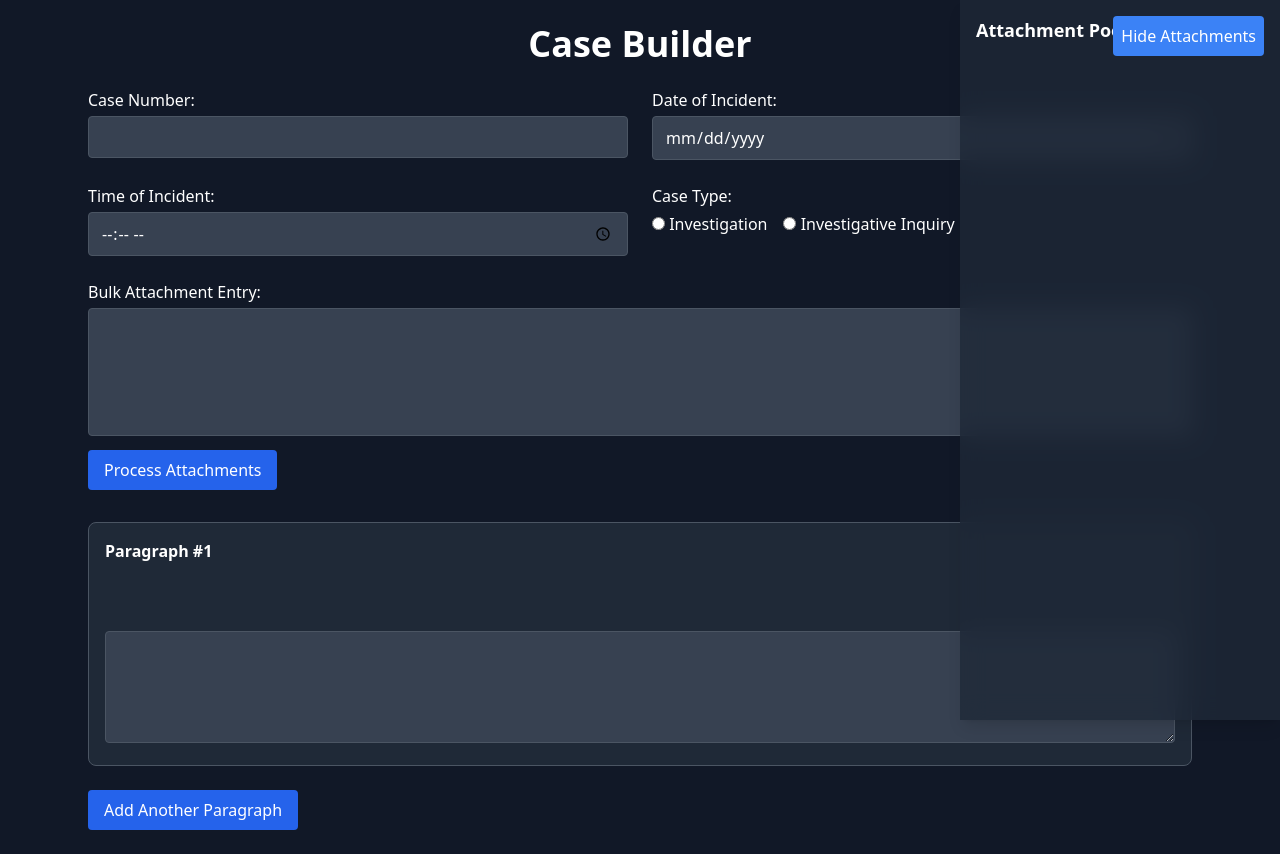
Repository: GettinLudes/CaseBuilder
Page: /
The author's editor kept a copy of each file at every save. The page is drawn from the files as they stood at one save, then again after the next save.
The browser window is 1280 px wide. The pictures show the whole page.
The project was rebuilt for these pictures with package versions that can differ from the ones it lists, and the page was loaded fresh each time. Also part of the build but not shown: svelte.config.js, vite.config.js.

Above is the page before, as saved 2025-04-11 13:41:13.

### index.html
<!DOCTYPE html>
<html lang="en">
	<head>
		<meta charset="UTF-8" />
		<meta name="viewport" content="width=device-width, initial-scale=1.0" />
		<title>Case Report Builder</title>
	</head>
	<body class="bg-gray-900 text-white">
		<div id="app"></div>
		<script type="module" src="/src/main.js"></script>
	</body>
</html>

### src/App.svelte
<script>
	import { onMount, tick } from 'svelte';
	import gsap from 'gsap';
	import Sortable from 'sortablejs';

	let caseNumber = '';
	let incidentDate = '';
	let incidentTime = '';
	let caseType = '';
	let reportableEmail = 'no';
	let bulkAttachmentInput = '';

	let allAttachments = [];
	let paragraphs = [{ content: '', attachments: [], typeOptions: [] }];
	let showDrawer = true;

	function resizeTextarea(e) {
		e.target.style.height = 'auto';
		e.target.style.height = e.target.scrollHeight + 'px';
	}

	function processBulkAttachments() {
		const lines = bulkAttachmentInput.split('\n').map(line => line.trim()).filter(Boolean);
		allAttachments = lines.map((raw, i) => {
			const [type, name, date] = raw.split(',').map(part => part.trim());
			return {
				id: crypto.randomUUID(),
				index: i,
				raw,
				type: type || 'Unknown',
				name: name || 'UNKNOWN',
				date: date || 'UNKNOWN DATE',
				text: raw
			};
		});
		initDragDrop();
	}

	async function addParagraph() {
		paragraphs = [...paragraphs, { content: '', attachments: [], typeOptions: [] }];
		await tick();
		const last = document.querySelectorAll('.paragraph-block');
		const el = last[last.length - 1];
		gsap.fromTo(el, { opacity: 0, y: 50 }, { opacity: 1, y: 0, duration: 0.4 });
	}

	function deleteParagraph(index) {
		if (index === 0) return;
		paragraphs.splice(index, 1);
	}

	function removeAttachment(pIndex, attId) {
		paragraphs[pIndex].attachments = paragraphs[pIndex].attachments.filter(a => a.id !== attId);
	}

	function dropAttachment(index, id) {
		const att = allAttachments.find(a => a.id === id);
		if (!att || index === 0) return;
		paragraphs[index].attachments.push(att);
		triggerDynamicOptions(index, att);
	}

	function triggerDynamicOptions(index, att) {
		if (!paragraphs[index].typeOptions) paragraphs[index].typeOptions = [];
		const options = [];

		if (att.text.toLowerCase().includes('incident report')) {
			options.push('incidentType');
		} else if (att.text.toLowerCase().includes('living unit history')) {
			options.push('livingUnit');
		} else if (att.text.toLowerCase().includes('dvd')) {
			const photo = allAttachments.find(a => a.text.toLowerCase().includes('photographs'));
			if (photo) paragraphs[index].attachments.push(photo);
			options.push('dvd');
		} else if (att.text.toLowerCase().includes('outpatient progress')) {
			options.push('oopn');
		}
		paragraphs[index].typeOptions.push(...options);
	}

	function initDragDrop() {
		setTimeout(() => {
			document.querySelectorAll('[data-paragraph-index]').forEach((el, idx) => {
				Sortable.create(el, {
					group: 'attachments',
					animation: 150,
					onAdd: evt => {
  const id = evt.item.dataset.id;
  const toPara = evt.to.closest('.paragraph-block');
  const paraIndex = Array.from(document.querySelectorAll('.paragraph-block')).indexOf(toPara);

  if (paraIndex === 0) {
    evt.from.appendChild(evt.item);
    evt.item.title = 'Chill out Becky';
    return;
  }

  dropAttachment(paraIndex, id);
}

				});
			});

			const pool = document.getElementById('attachmentPool');
			if (pool) {
				Sortable.create(pool, {
					group: 'attachments',
					animation: 150,
					sort: false,
				});
			}
		}, 0);
	}

	onMount(initDragDrop);
</script>

<main class="p-6 text-white bg-gray-900 min-h-screen max-w-6xl mx-auto">
	<h1 class="text-4xl font-bold mb-6 text-center">Case Builder</h1>

	<!-- Form Inputs -->
	<div class="mb-6 grid grid-cols-2 gap-6">
		<div>
			<label class="block mb-1">Case Number:</label>
			<input bind:value={caseNumber} class="input-field" />
		</div>
		<div>
			<label class="block mb-1">Date of Incident:</label>
			<input type="date" bind:value={incidentDate} class="input-field" />
		</div>
		<div>
			<label class="block mb-1">Time of Incident:</label>
			<input type="time" bind:value={incidentTime} class="input-field" />
		</div>
		<div>
			<label class="block mb-1">Case Type:</label>
			<div class="flex gap-4">
				<label><input type="radio" bind:group={caseType} value="Investigation" /> Investigation</label>
				<label><input type="radio" bind:group={caseType} value="Investigative Inquiry" /> Investigative Inquiry</label>
			</div>
		</div>
	</div>

	<!-- Bulk Attachment Input -->
	<div class="mb-6">
		<label class="block mb-1">Bulk Attachment Entry:</label>
		<textarea bind:value={bulkAttachmentInput} on:input={resizeTextarea} class="input-field h-32"></textarea>
		<button class="button mt-2" on:click={processBulkAttachments}>Process Attachments</button>
	</div>

	<!-- Toggle Drawer -->
	<button class="fixed right-4 top-4 z-50 bg-blue-500 text-white p-2 rounded" on:click={() => showDrawer = !showDrawer}>
		{showDrawer ? 'Hide' : 'Show'} Attachments
	</button>

	<!-- Drawer for Attachment Pool -->
	<div class={`fixed top-0 right-0 h-full bg-gray-800/80 backdrop-blur-md p-4 shadow-lg transition-transform transform ${showDrawer ? 'translate-x-0' : 'translate-x-full'} w-80 overflow-y-auto z-40`}>

		<h2 class="text-lg font-semibold mb-2">Attachment Pool</h2>
		<ul id="attachmentPool" class="drag-and-drop__items text-xs">
			{#each allAttachments as att, i (att.id)}
				<li class="drag-and-drop__item" data-id={att.id}>{i + 1}. {att.text || att.raw}</li>
			{/each}
		</ul>
	</div>

	<!-- Paragraphs -->
	<div class="space-y-6 mt-8">
		{#each paragraphs as para, index (index)}
			<div class="paragraph-block bg-gray-800 p-4 rounded-lg border border-gray-600">
				<h2 class="font-semibold mb-2">Paragraph #{index + 1}</h2>
				<ul class="drag-and-drop__items" data-paragraph-index>
					{#each para.attachments as att, aIndex (att.id + '-' + aIndex)}
						<li class="drag-and-drop__item bg-gray-700">
							📎 {att.text || att.raw}
							<button class="ml-2 text-red-400 hover:text-red-600" on:click={() => removeAttachment(index, att.id)}>Remove</button>
						</li>
					{/each}
				</ul>

				{#each para.typeOptions as opt}
					{#if opt === 'incidentType'}
						<select class="input-field mt-3">
							<option>Select Incident Report Type</option>
							<option value="full">Full transcribed email</option>
							<option value="consistent">Consistent Statement 434</option>
							<option value="refusal">Interview Refusal 434</option>
							<option value="grouped">Grouped Incident Reports</option>
						</select>
					{/if}
					{#if opt === 'livingUnit'}
						<input class="input-field mt-3" placeholder="Enter Cell" />
					{/if}
					{#if opt === 'oopn'}
						<p class="text-xs mt-2">OOPN placeholder auto-text</p>
					{/if}
					{#if opt === 'dvd'}
						<p class="text-xs mt-2">DVD & Photo placeholder auto-text</p>
					{/if}
				{/each}

				<textarea bind:value={para.content} class="input-field mt-3 h-28"></textarea>
				{#if index !== 0}
					<button class="text-sm text-red-400 hover:text-red-600 mt-2" on:click={() => deleteParagraph(index)}>🗑️ Delete</button>
				{/if}
			</div>
		{/each}
	</div>

	<button class="button mt-6" on:click={addParagraph}>Add Another Paragraph</button>
</main>

<style lang="postcss">
	.input-field {
		@apply w-full px-3 py-2 bg-gray-700 text-white border border-gray-600 rounded;
	}
	.button {
		@apply px-4 py-2 bg-blue-600 hover:bg-blue-700 rounded text-white;
	}
	.drag-and-drop__items {
		@apply flex flex-col gap-2 min-h-[3rem];
	}
	.drag-and-drop__item {
		@apply px-3 py-1 bg-gray-700 border border-gray-500 rounded text-sm cursor-move;
	}
</style>

### tailwind.config.cjs
// tailwind.config.cjs
module.exports = {
	content: ["./src/**/*.{html,js,svelte,ts}"],
	theme: {
		extend: {},
	},
	plugins: [],
};

Loaded but not shown: src/main.js (common file); src/app.css (common file)

After the next save:
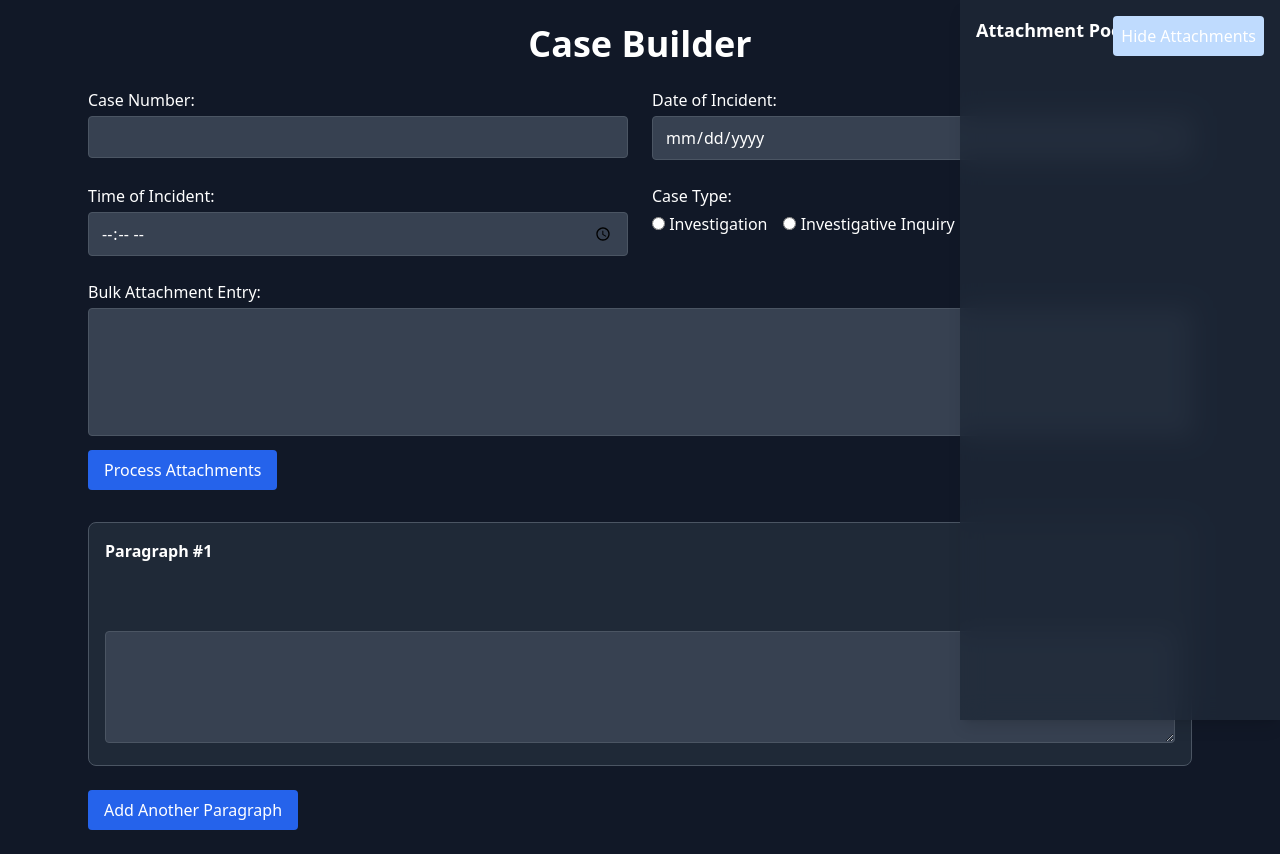
Saved 7 s later.
--- a/src/App.svelte
+++ b/src/App.svelte
@@ -149,7 +149,7 @@
 	</div>
 
 	<!-- Toggle Drawer -->
-	<button class="fixed right-4 top-4 z-50 bg-blue-500 text-white p-2 rounded" on:click={() => showDrawer = !showDrawer}>
+	<button class="fixed right-4 top-4 z-50 bg-blue-200 text-white p-2 rounded" on:click={() => showDrawer = !showDrawer}>
 		{showDrawer ? 'Hide' : 'Show'} Attachments
 	</button>
 

After the save that followed:
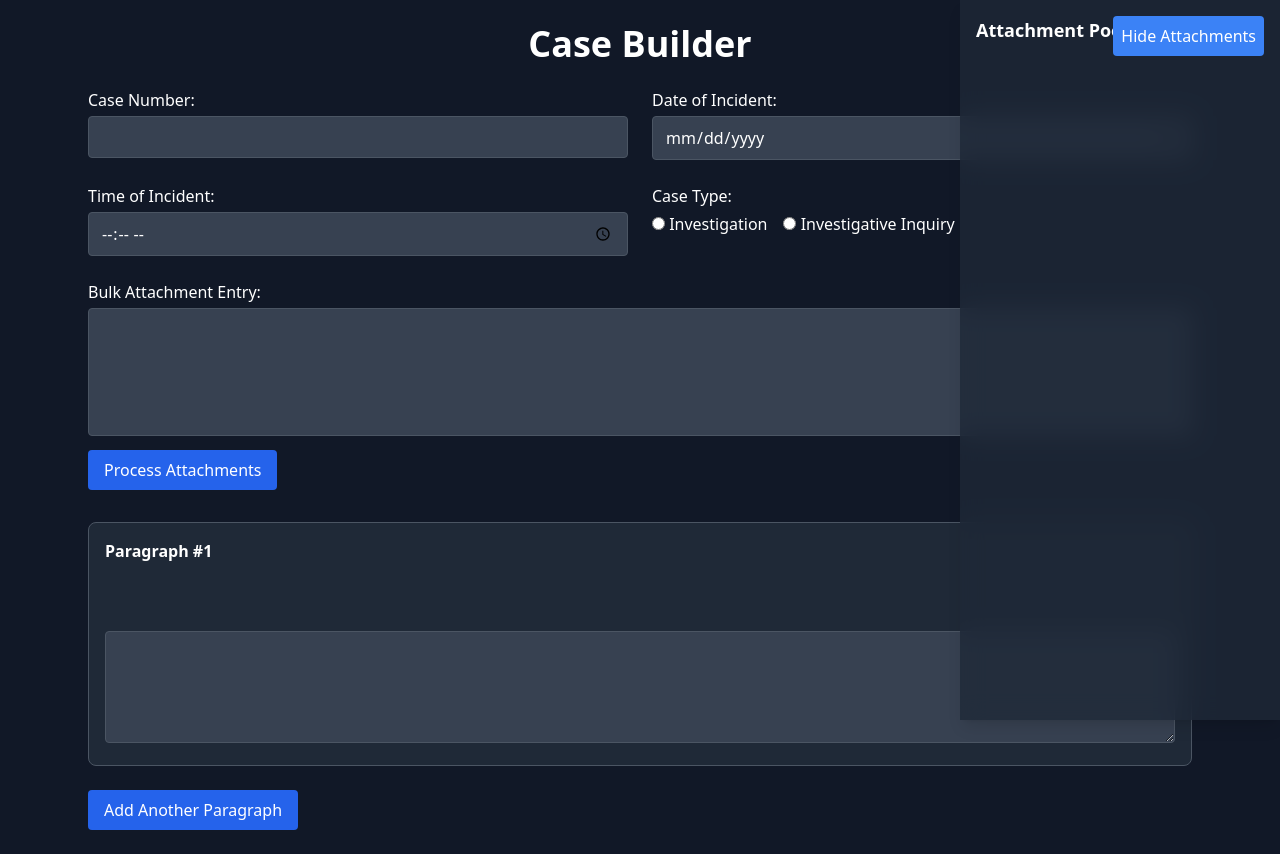
Saved 7 s later.
--- a/src/App.svelte
+++ b/src/App.svelte
@@ -149,7 +149,7 @@
 	</div>
 
 	<!-- Toggle Drawer -->
-	<button class="fixed right-4 top-4 z-50 bg-blue-200 text-white p-2 rounded" on:click={() => showDrawer = !showDrawer}>
+	<button class="fixed right-4 top-4 z-50 bg-blue-500 text-white p-2 rounded" on:click={() => showDrawer = !showDrawer}>
 		{showDrawer ? 'Hide' : 'Show'} Attachments
 	</button>
 
